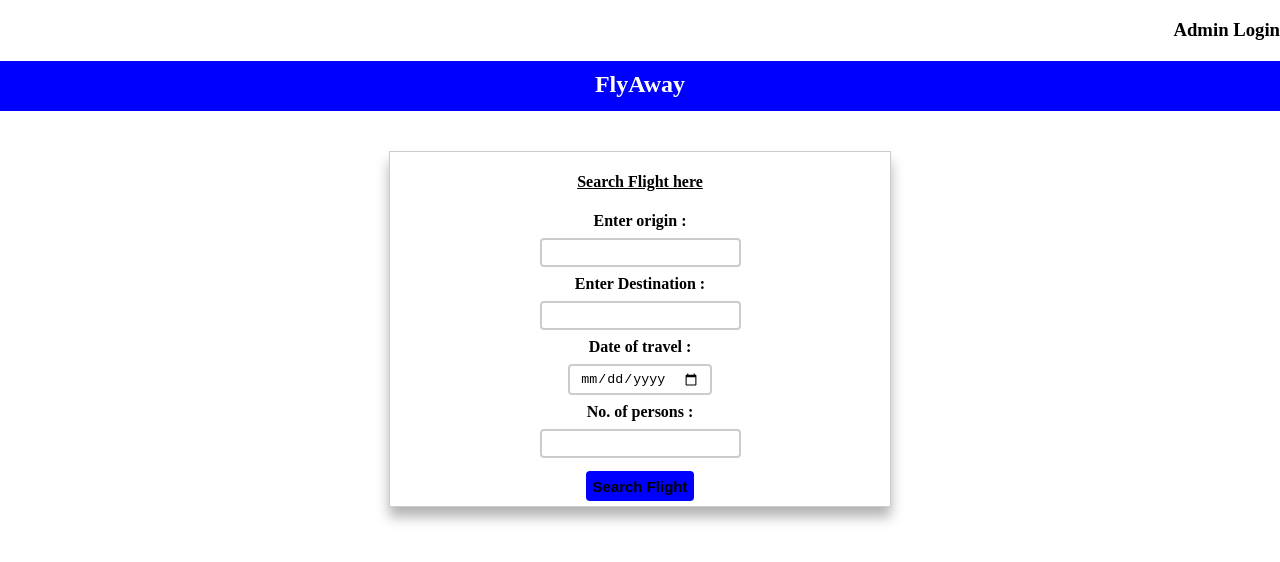
Repository: KartikMuchakandimath/Flyaway
Page: FlayAway/src/main/webapp/HomePage.html
These files come from the project's save history. The page is drawn as it stood at one moment and after the next save; the edit follows.
The browser window is 1280 px wide. The pictures show the whole page.

Above is the page before, as saved 2022-04-22 20:04:23.

After the next save:
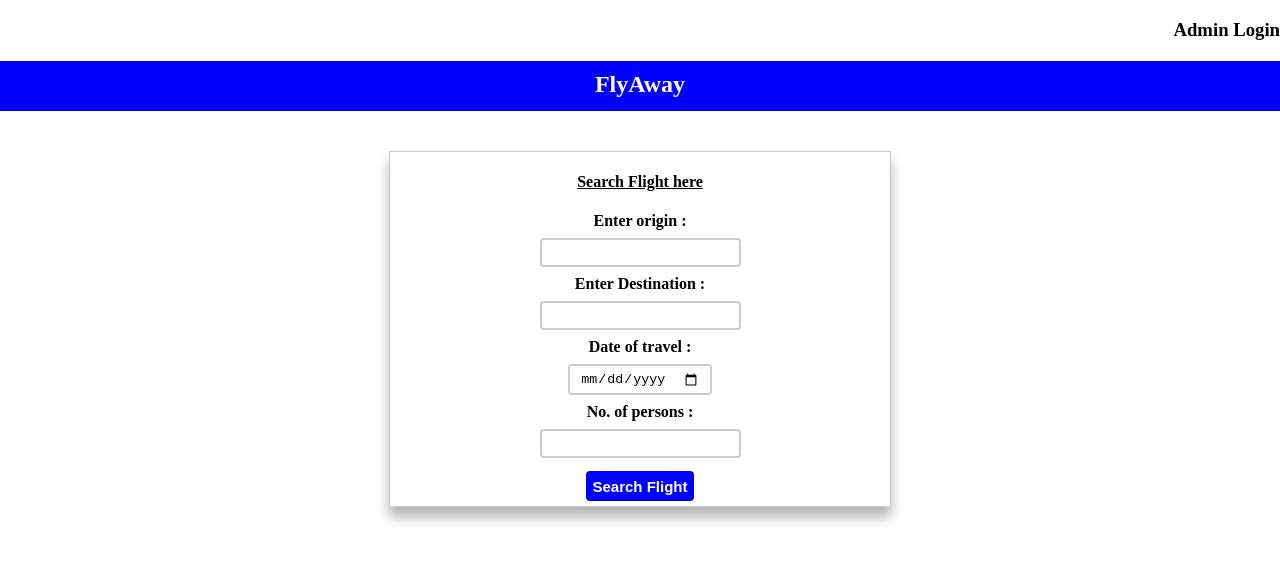
Saved 35 s later.
--- a/FlayAway/src/main/webapp/HomePage.html
+++ b/FlayAway/src/main/webapp/HomePage.html
@@ -43,7 +43,8 @@ button{
   	border-radius: 4px;
 	border:none;
 	height: 30px;
-	display : inline-blue;
+	display : inline-block;
+	color:#fff;
 	font-size : 15px;
 	background-color: rgb(0,0, 255);
 	margin : 5px;
